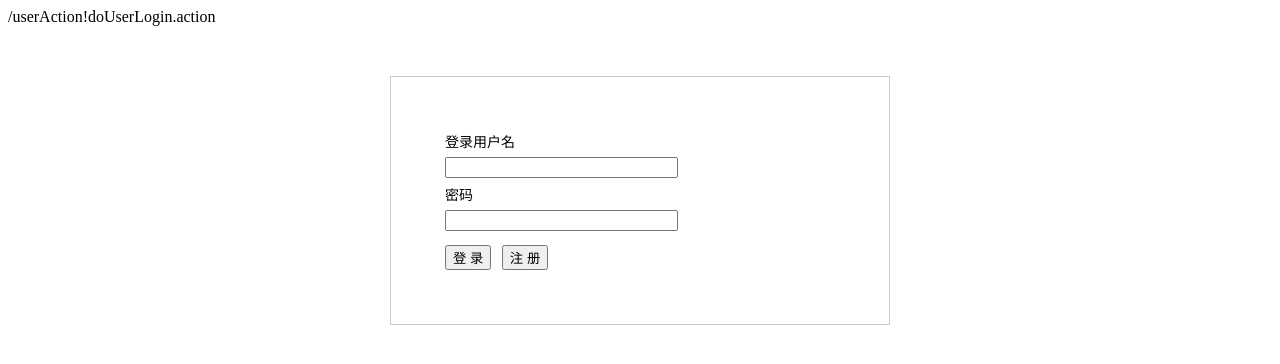
Repository: tangqingyun/java
Page: http://localhost/tamny_blog/Login.jsp
These files come from the project's save history. The page is drawn as it stood at one moment and after a run of saves; the edit follows.
The browser window is 1280 px wide. The pictures show the whole page.
The page is served by Tomcat 9. Nobody is signed in. The application's start-up code is not run. Other server files are loaded and not shown.

Above is the page before, as saved 2015-01-20 02:12:04.

### tamny_blog/WebContent/Login.jsp
<%@ page language="java" import="java.util.*" pageEncoding="UTF-8"%>
<%@ page import="java.sql.*"%>
<%@ page import="com.data.*"%>
<%@ include file="BasePage.jsp"%>

<!DOCTYPE html PUBLIC "-//W3C//DTD HTML 4.01 Transitional//EN" "http://www.w3.org/TR/html4/loose.dtd">
<html>
<head>
<meta http-equiv="Content-Type" content="text/html; charset=ISO-8859-1">
<title>用户登录</title>
<link href="css/main.css" rel="stylesheet" />
</head>
<%
	//request.setCharacterEncoding("UTF-8");//设置编码

	/*try {
		String driver = "com.mysql.jdbc.Driver";//驱动程序名
		String url = "jdbc:mysql://192.168.7.87:3306/blogs";//URL指向要访问的数据库名mysql
		String user = "admin";
		String password = "123456";

		IDatabase db = new Database(driver, url, user, password);
		String sql="INSERT INTO users(name,password) values(?,?)";
		db.executeSQL(sql,"test02","123456");


	} catch (Exception ex) {
		out.println("Error : " + ex.toString());
	}

	String uname = request.getParameter("userName");
	String upwd = request.getParameter("userPwd");
	if (uname != null && upwd != null) {

		out.print(uname);
	}*/
%>
<body>
/userAction!doUserLogin.action
	<form action="/sln_struts2/blogs/LoginAction.action" method="post">
		<table id="table_01">
			<tr>
				<td>登录用户名</td>
			</tr>
			<tr>
				<td><input type="text" name="userName" size="26" /></td>
			</tr>
			<tr>
				<td>密码</td>
			</tr>
			<tr>
				<td><input type="text" name="userPwd" size="26" /></td>
			</tr>
			<tr>
				<td style="padding-top: 10px;"><input type="submit"
					name="submit" value="登 录" />&nbsp;&nbsp; <input type="button"
					name="submit" value="注 册" onclick="location.href='Reg.jsp'" /></td>
			</tr>
		</table>
	</form>
</body>
</html>

### tamny_blog/WebContent/BasePage.jsp
<%@ page language="java" import="java.util.*" pageEncoding="UTF-8"%>

<%
	request.setCharacterEncoding("UTF-8");//设置编码
%>

### tamny_blog/WebContent/css/main.css
@CHARSET "UTF-8";
table{

font-size:14px;
}
table tr td{padding:2px;}

#table_01{

	border:1px solid #ccc;width:500px;margin:0 auto;padding:50px;background:white;margin-top:50px;
}

After the next 2 saves:
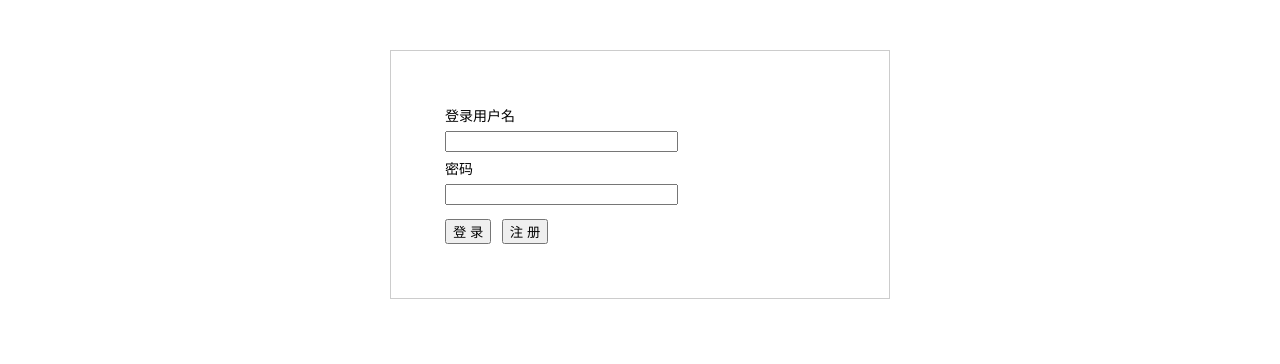
The 2 saves are shown as one change because they came seconds apart.
The last was saved 7 s later.
--- a/tamny_blog/WebContent/Login.jsp
+++ b/tamny_blog/WebContent/Login.jsp
@@ -36,8 +36,8 @@
 	}*/
 %>
 <body>
-/userAction!doUserLogin.action
-	<form action="/sln_struts2/blogs/LoginAction.action" method="post">
+
+	<form action="${pageContext.request.contextPath}/blogs/LoginAction.action" method="post">
 		<table id="table_01">
 			<tr>
 				<td>登录用户名</td>
